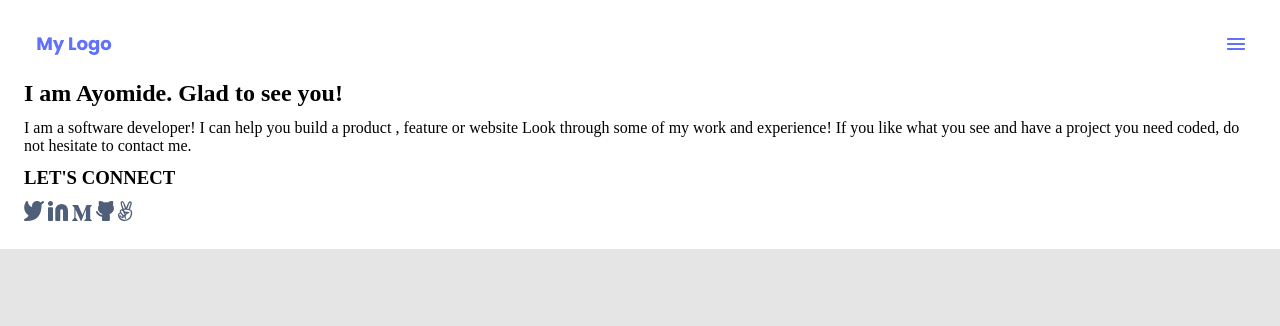
Repository: Paulinelali/potfoilo.github.io
Page: public/index.html
An editor plug-in stored every save of this project. The page is shown before and after a run of saves, followed by the edit.
The browser window is 1280 px wide. The pictures show the whole page.

Above is the page before, as saved 2023-03-31 00:17:06.

After the next 2 saves:
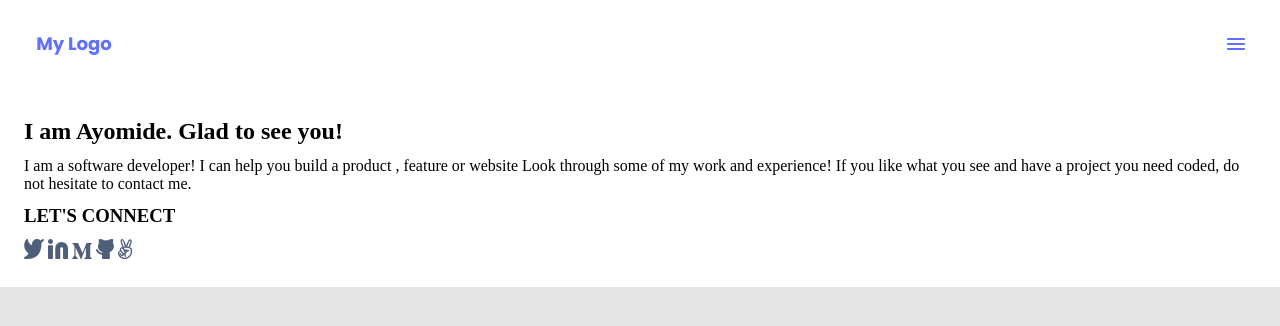
The 2 saves are shown as one change because they came seconds apart.
The last was saved 73 s later.
--- a/styles/style.css
+++ b/styles/style.css
@@ -10,7 +10,7 @@ body{
 .header{
   display: flex;
   flex-direction: column;
-  gap: 12px;
+  gap: 50px;
   padding: 24px;
   background-color: white;
 }
